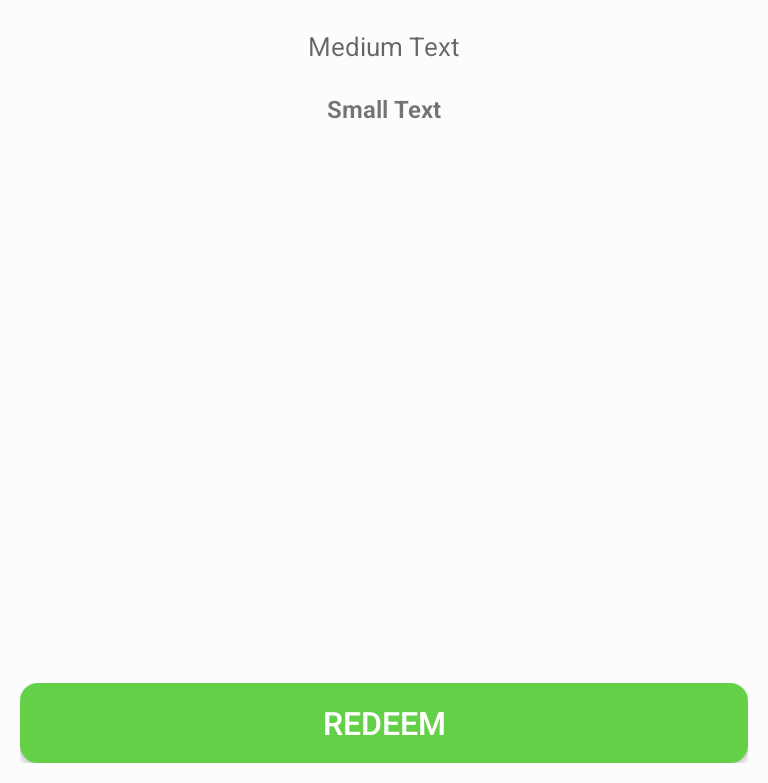
Repository: savindra/cutting-edge
Layout: Humzearch/res/layout/view_reward_item.xml
These files come from the project's save history. The layout is drawn as it stood at one moment and after the next save; the edit follows.
The pictures show rows 497 to 1280 of an output 1280 px tall.
It is drawn on a 768 x 1280 px phone screen (xhdpi) without system bars, with theme AppTheme.BackButton; the app's code is not run.

Above is the layout before, as saved 2015-06-17 14:47:25.

### Humzearch/res/layout/view_reward_item.xml
<?xml version="1.0" encoding="utf-8"?>
<RelativeLayout xmlns:android="http://schemas.android.com/apk/res/android"
    android:id="@+id/RelativeLayout1"
    android:layout_width="match_parent"
    android:layout_height="match_parent"
    android:orientation="vertical"
    android:background="@color/background">

    <TextView
        android:id="@+id/txtViewRewardItemName"
        android:layout_width="wrap_content"
        android:layout_height="wrap_content"
        android:layout_alignParentTop="true"
        android:layout_centerHorizontal="true"
        android:layout_marginLeft="10dp"
        android:layout_marginRight="10dp"
        android:layout_marginTop="10dp"
        android:text="Medium Text"
        android:textAppearance="?android:attr/textAppearanceMedium"
        android:textStyle="bold"
        android:textSize="@dimen/medium"/>

    <com.android.volley.toolbox.NetworkImageView
        android:id="@+id/imgViewRewardItem"
        android:layout_width="160dp"
        android:layout_height="200dp"
        android:layout_below="@+id/txtViewRewardItemName"
        android:layout_centerHorizontal="true"
        android:layout_marginTop="18dp"
        android:src="@drawable/ic_reward" />

    <TextView
        android:id="@+id/txtViewRewardItemDesc"
        android:layout_width="wrap_content"
        android:layout_height="wrap_content"
        android:layout_below="@+id/imgViewRewardItem"
        android:layout_centerHorizontal="true"
        android:layout_marginLeft="10dp"
        android:layout_marginRight="10dp"
        android:layout_marginTop="14dp"
        android:text="Medium Text"
        android:textAppearance="?android:attr/textAppearanceMedium"
        android:textSize="@dimen/small" />

    <TextView
        android:id="@+id/txtViewRewardItemValue"
        android:layout_width="wrap_content"
        android:layout_height="wrap_content"
        android:layout_below="@+id/txtViewRewardItemDesc"
        android:layout_centerHorizontal="true"
        android:layout_marginTop="14dp"
        android:text="Small Text"
        android:textAppearance="?android:attr/textAppearanceSmall"
        android:textSize="@dimen/tiny"
        android:textStyle="bold" />

   <LinearLayout
        android:id="@+id/linearLayout5"
        android:layout_width="match_parent"
        android:layout_height="wrap_content"
        android:layout_alignParentBottom="true"
        android:layout_marginBottom="10dp"
        android:layout_marginLeft="10dp"
        android:layout_marginRight="10dp"
        android:layout_marginTop="10dp"
        android:gravity="center"
        android:orientation="vertical" >

        <Button
            android:id="@+id/btnViewRewardRedeem"
            style="?android:attr/buttonStyleSmall"
            android:layout_width="match_parent"
            android:layout_height="40dp"
            android:background="@drawable/buttonshape_green"
            android:text="@string/redeem"
            android:textColor="#FFFFFF"
            android:textSize="16sp" />

        </LinearLayout>

</RelativeLayout>

### Humzearch/res/values/styles.xml
<resources>

    <!-- Base application theme. -->
    <style name="AppTheme" parent="AppTheme.Base"/>

    <style name="AppTheme.Base" parent="Theme.AppCompat.Light.DarkActionBar">
        <!-- Customize your theme here. -->

        <!-- colorPrimary is used for the default action bar background -->
        <item name="colorPrimary">@color/ColorPrimary</item>

        <!-- colorPrimaryDark is used for the status bar -->
        <item name="colorPrimaryDark">@color/ColorPrimaryDark</item>

        <!-- colorAccent is used as the default value for colorControlActivated
             which is used to tint widgets -->

        <!-- You can also set colorControlNormal, colorControlActivated
             colorControlHighlight & colorSwitchThumbNormal. -->

        <item name="homeAsUpIndicator">@drawable/ic_drawer</item>
		<item name="android:homeAsUpIndicator">@drawable/ic_drawer</item>
    </style>

    <style name="AppTheme.NoTitleBar" parent="Theme.AppCompat.Light.NoActionBar">
        <!-- Customize your theme here. -->

        <!-- colorPrimary is used for the default action bar background -->
        <item name="colorPrimary">@color/ColorPrimary</item>

        <!-- colorPrimaryDark is used for the status bar -->
        <item name="colorPrimaryDark">@color/ColorPrimaryDark</item>

        <!-- colorAccent is used as the default value for colorControlActivated
             which is used to tint widgets -->

        <!-- You can also set colorControlNormal, colorControlActivated
             colorControlHighlight & colorSwitchThumbNormal. -->
    </style>

    <style name="AppTheme.BackButton" parent="Theme.AppCompat.Light.DarkActionBar">
        <!-- Customize your theme here. -->

        <!-- colorPrimary is used for the default action bar background -->
        <item name="colorPrimary">@color/ColorPrimary</item>

        <!-- colorPrimaryDark is used for the status bar -->
        <item name="colorPrimaryDark">@color/ColorPrimaryDark</item>

        <!-- colorAccent is used as the default value for colorControlActivated
             which is used to tint widgets -->

        <!-- You can also set colorControlNormal, colorControlActivated
             colorControlHighlight & colorSwitchThumbNormal. -->
    </style>

    <style name="toolbar_bottom" parent="Widget.AppCompat.Toolbar">
    	<item name="contentInsetStart">0dp</item>
    	<item name="contentInsetEnd">0dp</item>
	</style>

</resources>

### Humzearch/res/values/color.xml
<?xml version="1.0" encoding="utf-8"?>
<resources>
    <color name="ColorPrimary">#e62117</color>
    <color name="ColorPrimaryDark">#c31c13</color>
    <color name="tabsScrollColor">#8a140e</color>
    <color name="fontblack">#000</color>

    <!-- Main menu colors -->
    <color name="list_item_title">#303030</color>
    <color name="list_background">#eee</color>
    <color name="list_background_pressed">#aaa</color>
    <color name="list_divider">#ccc</color>
    <color name="counter_text_bg">#626262</color>
    <color name="counter_text_color">#c5c4c4</color>

    <color name="button">#ccc</color>

    <color name="link">#909090</color>
    <color name="secondbar">#f5f5f5</color>
    <color name="background">#fcfcfc</color>

</resources>

### Humzearch/res/values/dimens.xml
<resources>

    <!-- Default screen margins, per the Android Design guidelines. -->
    <dimen name="activity_horizontal_margin">16dp</dimen>
    <dimen name="activity_vertical_margin">16dp</dimen>
    <dimen name="fontsize">18sp</dimen>

    <dimen name="large">17dp</dimen>
    <dimen name="medium">15dip</dimen>
    <dimen name="small">13dip</dimen>
    <dimen name="tiny">12dip</dimen>

</resources>

### Humzearch/res/drawable/buttonshape_green.xml
<?xml version="1.0" encoding="utf-8"?>
<shape xmlns:android="http://schemas.android.com/apk/res/android" android:shape="rectangle" >
	<corners
		android:radius="9dp"
	/>
	<solid
		android:color="#64d048"
	/>
	<padding
		android:left="0dp"
		android:top="0dp"
		android:right="0dp"
		android:bottom="0dp"
	/>
</shape>

### Humzearch/res/values/strings.xml
<?xml version="1.0" encoding="utf-8"?>
<resources>

    <string name="app_name">Humzearch</string>
    <string name="hello_world">Hello world!</string>
    <string name="action_settings">Settings</string>
    <string name="username">Username</string>
    <string name="email">Email</string>
    <string name="password">Password</string>
    <string name="login">Login</string>
    <string name="firstname">First Name</string>
    <string name="fullname">Full Name</string>
    <string name="firstandlast">First and Last Name</string>
    <string name="passwordhint">At least 6 characters</string>
    <string name="confirmpass">Confirm Password</string>
    <string name="logout">Logout</string>

    <!-- Nav Drawer Menu Items -->
    <string-array name="main_menu_items">
        <item >Record Tune</item>
        <item >View Tunes</item>
        <item >View Responses</item>
        <item >Rewards</item>
        <item >Messages</item>
        <item >My Account</item>
    </string-array>

    <!-- Nav Drawer List Item Icons -->
    <array name="main_menu_icons">
        <item>@drawable/ic_recordtune</item>
        <item>@drawable/ic_viewtune</item>
        <item>@drawable/ic_viewresponse</item>
        <item>@drawable/ic_reward</item>
        <item>@drawable/ic_messages</item>
        <item>@drawable/ic_myaccount</item>
    </array>

    <string name="desc_list_item_icon">Item Icon</string>

    <string name="timerstart">00:00</string>

    <string name="taptorecord">Tap to Record</string>

    <string name="playpreview">Play Preview</string>

    <string name="notsatisfied">Not satisfied with results?</string>

    <string name="sharewithcommunity">SHARE WITH COMMUNITY</string>

    <!-- Language List -->
    <string-array name="language_array">
        <item>-- Not Selected --</item>
        <item>English</item>
        <item>Chinese/Mandarin</item>
        <item>Spanish</item>
        <item>Arabic</item>
        <item>Hindi</item>
        <item>Russain</item>
        <item>Sinhalese</item>
    </string-array>

    <!-- Country List -->
    <string-array name="countries_array">
        <item>Not Selected</item>
	    <item>Afghanistan</item>
	    <item>Albania</item>
	    <item>Algeria</item>
	    <item>American Samoa</item>
	    <item>Andorra</item>
	    <item>Angola</item>
	    <item>Anguilla</item>
	    <item>Antarctica</item>
	    <item>Antigua and Barbuda</item>
	    <item>Argentina</item>
	    <item>Armenia</item>
	    <item>Aruba</item>
	    <item>Australia</item>
	    <item>Austria</item>
	    <item>Azerbaijan</item>
	    <item>Bahrain</item>
	    <item>Bangladesh</item>
	    <item>Barbados</item>
	    <item>Belarus</item>
	    <item>Belgium</item>
	    <item>Belize</item>
	    <item>Benin</item>
	    <item>Bermuda</item>
	    <item>Bhutan</item>
	    <item>Bolivia</item>
	    <item>Bosnia and Herzegovina</item>
	    <item>Botswana</item>
	    <item>Bouvet Island</item>
	    <item>Brazil</item>
	    <item>British Indian Ocean Territory</item>
	    <item>British Virgin Islands</item>
	    <item>Brunei</item>
	    <item>Bulgaria</item>
	    <item>Burkina Faso</item>
	    <item>Burundi</item>
	    <item>Cambodia</item>
	    <item>Cameroon</item>
	    <item>Canada</item>
	    <item>Cape Verde</item>
	    <item>Cayman Islands</item>
	    <item>Central African Republic</item>
	    <item>Chad</item>
	    <item>Chile</item>
	    <item>China</item>
	    <item>Christmas Island</item>
	    <item>Cocos (Keeling) Islands</item>
	    <item>Colombia</item>
	    <item>Comoros</item>
	    <item>Congo</item>
	    <item>Cook Islands</item>
	    <item>Costa Rica</item>
	    <item>Cote d\'Ivoire</item>
	    <item>Croatia</item>
	    <item>Cuba</item>
	    <item>Cyprus</item>
	    <item>Czech Republic</item>
	    <item>Democratic Republic of the Congo</item>
	    <item>Denmark</item>
	    <item>Djibouti</item>
	    <item>Dominica</item>
	    <item>Dominican Republic</item>
	    <item>East Timor</item>
	    <item>Ecuador</item>
	    <item>Egypt</item>
	    <item>El Salvador</item>
	    <item>Equatorial Guinea</item>
	    <item>Eritrea</item>
	    <item>Estonia</item>
	    <item>Ethiopia</item>
	    <item>Faeroe Islands</item>
	    <item>Falkland Islands</item>
	    <item>Fiji</item>
	    <item>Finland</item>
	    <item>Former Yugoslav Republic of Macedonia</item>
	    <item>France</item>
	    <item>French Guiana</item>
	    <item>French Polynesia</item>
	    <item>French Southern Territories</item>
	    <item>Gabon</item>
	    <item>Georgia</item>
	    <item>Germany</item>
	    <item>Ghana</item>
	    <item>Gibraltar</item>
	    <item>Greece</item>
	    <item>Greenland</item>
	    <item>Grenada</item>
	    <item>Guadeloupe</item>
	    <item>Guam</item>
	    <item>Guatemala</item>
	    <item>Guinea</item>
	    <item>Guinea-Bissau</item>
	    <item>Guyana</item>
	    <item>Haiti</item>
	    <item>Heard Island and McDonald Islands</item>
	    <item>Honduras</item>
	    <item>Hong Kong</item>
	    <item>Hungary</item>
	    <item>Iceland</item>
	    <item>India</item>
	    <item>Indonesia</item>
	    <item>Iran</item>
	    <item>Iraq</item>
	    <item>Ireland</item>
	    <item>Israel</item>
	    <item>Italy</item>
	    <item>Jamaica</item>
	    <item>Japan</item>
	    <item>Jordan</item>
	    <item>Kazakhstan</item>
	    <item>Kenya</item>
	    <item>Kiribati</item>
	    <item>Kuwait</item>
	    <item>Kyrgyzstan</item>
	    <item>Laos</item>
	    <item>Latvia</item>
	    <item>Lebanon</item>
	    <item>Lesotho</item>
	    <item>Liberia</item>
	    <item>Libya</item>
	    <item>Liechtenstein</item>
	    <item>Lithuania</item>
	    <item>Luxembourg</item>
	    <item>Macau</item>
	    <item>Madagascar</item>
	    <item>Malawi</item>
	    <item>Malaysia</item>
	    <item>Maldives</item>
	    <item>Mali</item>
	    <item>Malta</item>
	    <item>Marshall Islands</item>
	    <item>Martinique</item>
	    <item>Mauritania</item>
	    <item>Mauritius</item>
	    <item>Mayotte</item>
	    <item>Mexico</item>
	    <item>Micronesia</item>
	    <item>Moldova</item>
	    <item>Monaco</item>
	    <item>Mongolia</item>
	    <item>Montenegro</item>
	    <item>Montserrat</item>
	    <item>Morocco</item>
	    <item>Mozambique</item>
	    <item>Myanmar</item>
	    <item>Namibia</item>
	    <item>Nauru</item>
	    <item>Nepal</item>
	    <item>Netherlands</item>
	    <item>Netherlands Antilles</item>
	    <item>New Caledonia</item>
	    <item>New Zealand</item>
	    <item>Nicaragua</item>
	    <item>Niger</item>
	    <item>Nigeria</item>
	    <item>Niue</item>
	    <item>Norfolk Island</item>
	    <item>North Korea</item>
	    <item>Northern Marianas</item>
	    <item>Norway</item>
	    <item>Oman</item>
	    <item>Pakistan</item>
	    <item>Palau</item>
	    <item>Panama</item>
	    <item>Papua New Guinea</item>
	    <item>Paraguay</item>
	    <item>Peru</item>
	    <item>Philippines</item>
	    <item>Pitcairn Islands</item>
	    <item>Poland</item>
	    <item>Portugal</item>
	    <item>Puerto Rico</item>
	    <item>Qatar</item>
	    <item>Reunion</item>
	    <item>Romania</item>
	    <item>Russia</item>
	    <item>Rwanda</item>
	    <item>Sqo Tome and Principe</item>
	    <item>Saint Helena</item>
	    <item>Saint Kitts and Nevis</item>
	    <item>Saint Lucia</item>
	    <item>Saint Pierre and Miquelon</item>
	    <item>Saint Vincent and the Grenadines</item>
	    <item>Samoa</item>
	    <item>San Marino</item>
	    <item>Saudi Arabia</item>
	    <item>Senegal</item>
	    <item>Serbia</item>
	    <item>Seychelles</item>
	    <item>Sierra Leone</item>
	    <item>Singapore</item>
	    <item>Slovakia</item>
	    <item>Slovenia</item>
	    <item>Solomon Islands</item>
	    <item>Somalia</item>
	    <item>South Africa</item>
	    <item>South Georgia and the South Sandwich Islands</item>
	    <item>South Korea</item>
	    <item>South Sudan</item>
	    <item>Spain</item>
	    <item>Sri Lanka</item>
	    <item>Sudan</item>
	    <item>Suriname</item>
	    <item>Svalbard and Jan Mayen</item>
	    <item>Swaziland</item>
	    <item>Sweden</item>
	    <item>Switzerland</item>
	    <item>Syria</item>
	    <item>Taiwan</item>
	    <item>Tajikistan</item>
	    <item>Tanzania</item>
	    <item>Thailand</item>
	    <item>The Bahamas</item>
	    <item>The Gambia</item>
	    <item>Togo</item>
	    <item>Tokelau</item>
	    <item>Tonga</item>
	    <item>Trinidad and Tobago</item>
	    <item>Tunisia</item>
	    <item>Turkey</item>
	    <item>Turkmenistan</item>
	    <item>Turks and Caicos Islands</item>
	    <item>Tuvalu</item>
	    <item>Virgin Islands</item>
	    <item>Uganda</item>
	    <item>Ukraine</item>
	    <item>United Arab Emirates</item>
	    <item>United Kingdom</item>
	    <item>United States</item>
	    <item>United States Minor Outlying Islands</item>
	    <item>Uruguay</item>
	    <item>Uzbekistan</item>
	    <item>Vanuatu</item>
	    <item>Vatican City</item>
	    <item>Venezuela</item>
	    <item>Vietnam</item>
	    <item>Wallis and Futuna</item>
	    <item>Western Sahara</item>
	    <item>Yemen</item>
	    <item>Yugoslavia</item>
	    <item>Zambia</item>
	    <item>Zimbabwe</item>
 	</string-array>
	    <string name="artist">Artist</string>
	    <string name="language">Language</string>
	    <string name="country">Country</string>
	    <string name="year">Year</string>
	    <string name="share">Share</string>
	    <string name="playtune">Play Tune</string>
	    <string name="addresponse">ADD RESPONSE</string>
	    <string name="title">Title</string>
	    <string name="alltunes">All Tunes</string>
	    <string name="mytunes">My Tunes</string>
	    <string name="deletepermanently">Delete Permanently</string>
	    <string name="respondedtune">Responded Tune</string>
	    <string name="accept">Accept</string>
	    <string name="reject">REJECT</string>
	    <string name="redeem">REDEEM</string>

</resources>

After the next save:
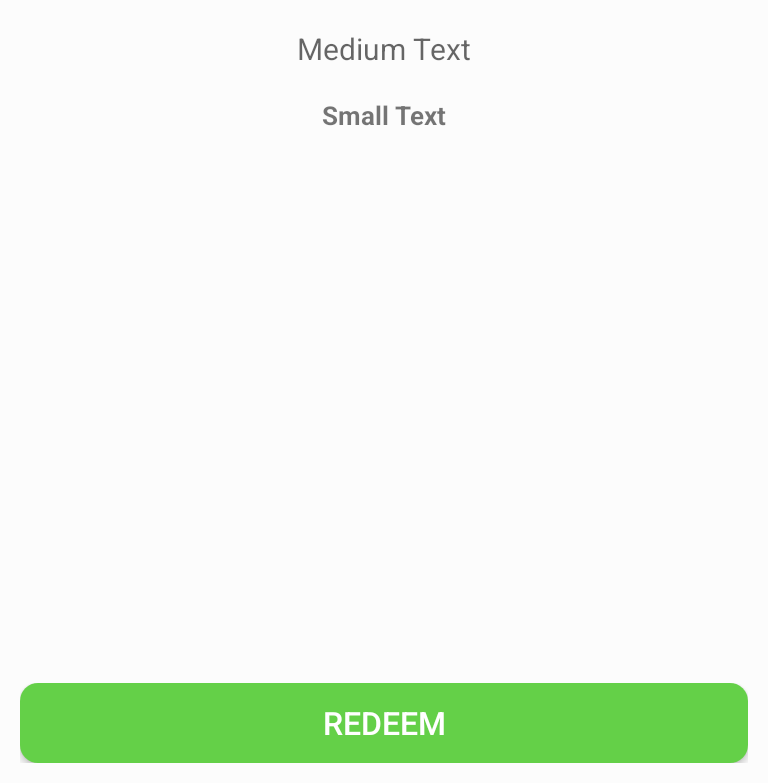
Saved 21 s later.
--- a/Humzearch/res/layout/view_reward_item.xml
+++ b/Humzearch/res/layout/view_reward_item.xml
@@ -40,7 +40,7 @@
         android:layout_marginTop="14dp"
         android:text="Medium Text"
         android:textAppearance="?android:attr/textAppearanceMedium"
-        android:textSize="@dimen/small" />
+        android:textSize="@dimen/medium" />
 
     <TextView
         android:id="@+id/txtViewRewardItemValue"
@@ -51,7 +51,7 @@
         android:layout_marginTop="14dp"
         android:text="Small Text"
         android:textAppearance="?android:attr/textAppearanceSmall"
-        android:textSize="@dimen/tiny"
+        android:textSize="@dimen/small"
         android:textStyle="bold" />
 
    <LinearLayout
